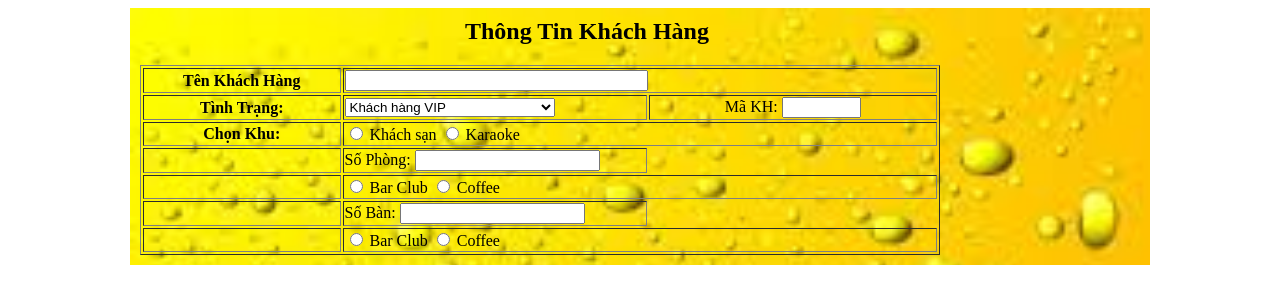
Repository: Tan-Khang21/TH_TKW--Buoi_04
Page: Bai_Tap_Tren_Lop/Bai_02/Frame6.html
The author's editor kept a copy of each file at every save. The page is drawn from the files as they stood at one save, then again after the next save.
The browser window is 1280 px wide. The pictures show the whole page.

Above is the page before, as saved 2024-03-06 14:16:59.

### Bai_Tap_Tren_Lop/Bai_02/Frame6.html
<!DOCTYPE html>
<html lang="en">
  <head>
    <meta charset="UTF-8" />
    <meta name="viewport" content="width=device-width, initial-scale=1.0" />
    <title>Document</title>
  </head>
  <body>
    <div
      style="
        background-image: url(../Bai_02/images/hinh.jpg);
        width: 1000px;
        margin: 0 auto;
        background-repeat: no-repeat;
        background-size: 100%;
        padding: 10px;
      "
    >
      <h2 style="width: 35%; margin: 0 auto">Thông Tin Khách Hàng</h2>
    <table border="1px" style="Width: 800px; margin-top: 20px;">
        <tr>
            <th style="width: 25%;">Tên Khách Hàng</th>
            <td  colspan="2"><input type="text" style="width: 50%;"></td>
        </tr>
        <tr>
            <th style="width: 25%;">Tình Trạng:</th>
            <td  >
                <select style="width: 70%;">
                    <option value="">Khách hàng VIP</option>
                    <option value="">Khách hàng thành viên</option>
                    <option value="">Khách hàng mới</option>
                </select>
            </td>
            <td align="center"><span>Mã KH: </span><input style="width: 25%;" type="text"></td>
        </tr>
        <tr>
            <th style="width: 25%;">Chọn Khu:</th>
            <td colspan="2" ><input type="radio" name="radio"> Khách sạn
            <input type="radio" name="radio"> Karaoke</td>
        </tr>
        <tr>
            <td></td>
            <td><span>Số Phòng: </span>
            <input type="number"></td>
        </tr>
        <tr>
            <td></td>
            <td colspan="2" ><input type="radio" name="radio2"> Bar Club
            <input type="radio" name="radio2"> Coffee</td>
        </tr>
        <tr>
            <td></td>
            <td><span>Số Bàn: </span>
            <input type="number"></td>
        </tr>
        <tr>
            <td></td>
            <td colspan="2" ><input type="radio" name="radio2"> Bar Club
            <input type="radio" name="radio2"> Coffee</td>
        </tr>
    </table>
    </div>
  </body>
</html>

After the next save:
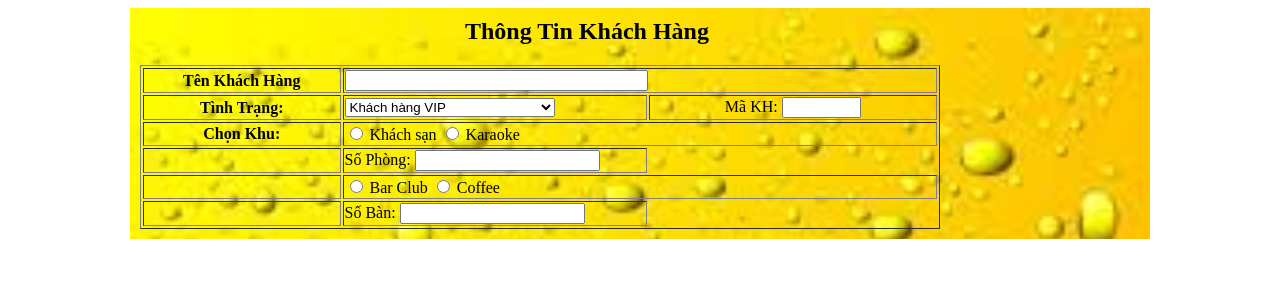
Saved 20 s later.
--- a/Bai_Tap_Tren_Lop/Bai_02/Frame6.html
+++ b/Bai_Tap_Tren_Lop/Bai_02/Frame6.html
@@ -53,11 +53,7 @@
             <td><span>Số Bàn: </span>
             <input type="number"></td>
         </tr>
-        <tr>
-            <td></td>
-            <td colspan="2" ><input type="radio" name="radio2"> Bar Club
-            <input type="radio" name="radio2"> Coffee</td>
-        </tr>
+
     </table>
     </div>
   </body>
